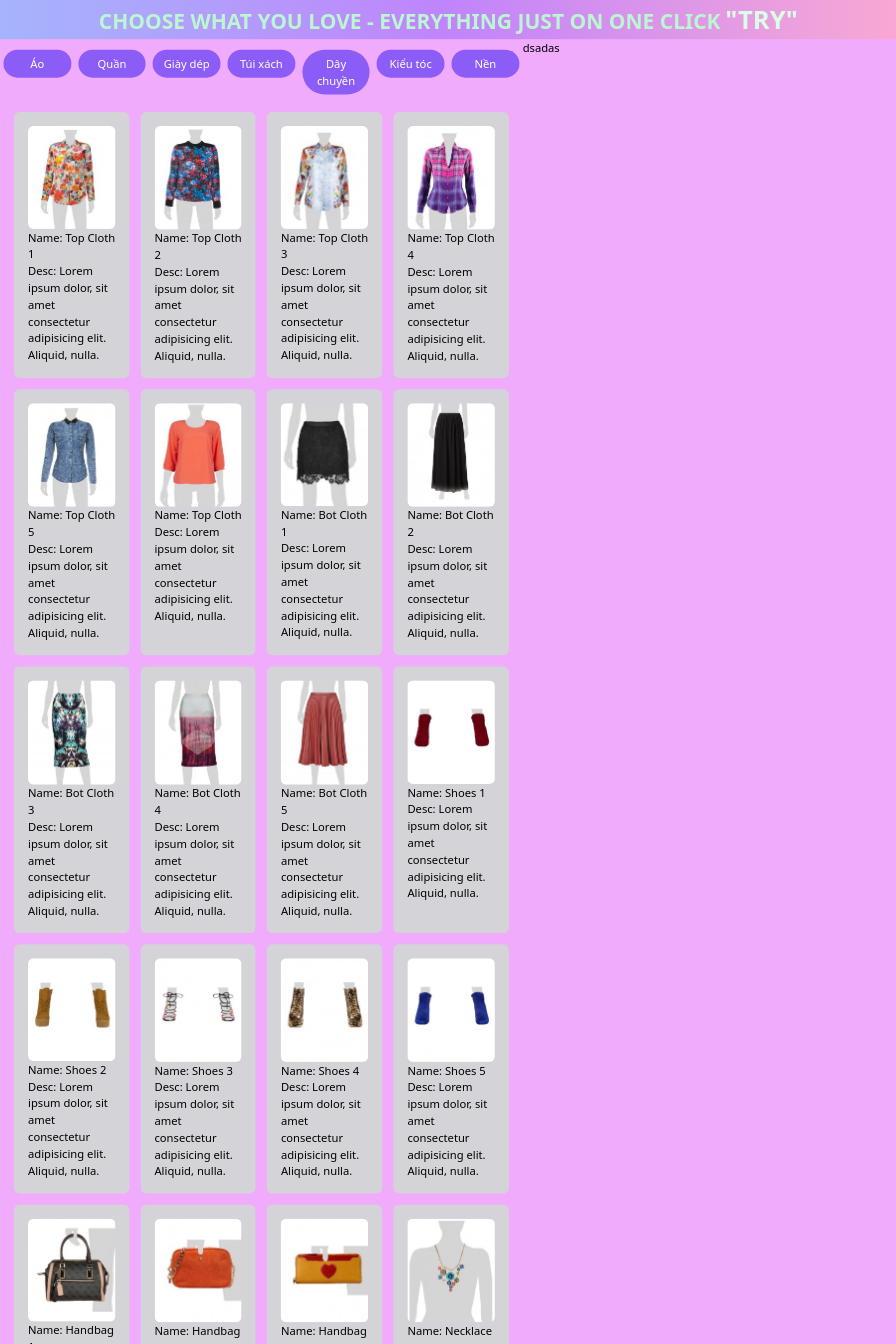
Repository: NguyenVietPhuQuy/ReactJs-TailWind-Redux-FunctionHook-ModelDesign
Page: / (app in modeldesign/)
These files come from the project's save history. The page is drawn as it stood at one moment and after the next save; the edit follows.
The browser window is 1280 px wide. The pictures show the part of the page from y = 0 to 1920 px (the page is 3404 px tall before and 3468 px after), at 70% of full size.
The project was rebuilt for these pictures with package versions that can differ from the ones it lists, and the page was loaded fresh each time. Also part of the build but not shown: modeldesign/src/App.css.

Above is the page before, as saved 2022-11-17 16:16:57.

### modeldesign/public/index.html
<!DOCTYPE html>
<html lang="en">
  <head>
    <meta charset="utf-8" />
    <link rel="icon" href="%PUBLIC_URL%/favicon.ico" />
    <meta name="viewport" content="width=device-width, initial-scale=1" />
    <meta name="theme-color" content="#000000" />
    <meta
      name="description"
      content="Web site created using create-react-app"
    />
    <!--bootstrap-->
    <link rel="stylesheet" href="https://cdnjs.cloudflare.com/ajax/libs/bootstrap/5.2.2/js/bootstrap.min.js">
    <link rel="apple-touch-icon" href="%PUBLIC_URL%/logo192.png" />
    <!--
      manifest.json provides metadata used when your web app is installed on a
      user's mobile device or desktop. See https://developers.google.com/web/fundamentals/web-app-manifest/
    -->
    <link rel="manifest" href="%PUBLIC_URL%/manifest.json" />
    <!--
      Notice the use of %PUBLIC_URL% in the tags above.
      It will be replaced with the URL of the `public` folder during the build.
      Only files inside the `public` folder can be referenced from the HTML.

      Unlike "/favicon.ico" or "favicon.ico", "%PUBLIC_URL%/favicon.ico" will
      work correctly both with client-side routing and a non-root public URL.
      Learn how to configure a non-root public URL by running `npm run build`.
    -->
    <title>React App</title>
  </head>
  <body>
    <noscript>You need to enable JavaScript to run this app.</noscript>
    <div id="root"></div>
    <!--
      This HTML file is a template.
      If you open it directly in the browser, you will see an empty page.

      You can add webfonts, meta tags, or analytics to this file.
      The build step will place the bundled scripts into the <body> tag.

      To begin the development, run `npm start` or `yarn start`.
      To create a production bundle, use `npm run build` or `yarn build`.
    -->
  </body>
</html>

### modeldesign/src/index.js
import React from 'react';
import ReactDOM from 'react-dom/client';
import './index.css';
import App from './App';
import reportWebVitals from './reportWebVitals';
import {Provider} from 'react-redux'
import store from './Components/Reducer/Store';
const root = ReactDOM.createRoot(document.getElementById('root'));
root.render(
  <React.StrictMode>
    <Provider store ={store}>
    <App/>
    </Provider>
  </React.StrictMode>
);

// If you want to start measuring performance in your app, pass a function
// to log results (for example: reportWebVitals(console.log))
// or send to an analytics endpoint. Learn more: https://bit.ly/CRA-vitals
reportWebVitals();

### modeldesign/src/App.js
import React from 'react';
import './App.css';
import Home from './Components/Home.js'
function App() {
  return (
    <div>
      <Home/>
    </div>
  );
}

export default App;

### modeldesign/src/Components/Reducer/Store.js
import {createStore} from "redux"
import rootReducer from "./RootReducer"

const store = createStore(rootReducer,window.__REDUX_DEVTOOLS_EXTENSION__ && window.__REDUX_DEVTOOLS_EXTENSION__())
export default store

### modeldesign/src/Components/Home.js
import React from "react";
import Header from './Header.js'
import Category from "./Category.js";
import ProductList from "./ProductList.js";
import Model from "./Model.js";
function Home() {
    return (
        <div className="container mx-auto relative bg-fuchsia-300">
            <section className=
            " bg-gradient-to-r from-indigo-300 via-purple-400 to-pink-300 w-full ring-2 ring-transparent">
                    <Header/>
            </section>
            <section className="main flex flex-row">
                <div className="basis-7/12">
                    <Category/>
                    <ProductList/>
                </div>
                <div className="basis-5/12">
                    <Model />
                </div>
            </section>
        </div>
    )
}
export default Home

### modeldesign/src/Components/Reducer/RootReducer.js
import { combineReducers } from "redux";
import ProductReducer from './ProductReducer'
import CategoryReducer from './CategoryReducer'

const RootReducer = combineReducers({
    products: ProductReducer,
    categories: CategoryReducer,

})

export default RootReducer

### modeldesign/src/Components/Header.js
import React from "react";
import 'animate.css'
function Header(){
    return (
        <div className="text-center text-3xl p-2 font-semibold text-green-200 ">
            CHOOSE WHAT YOU LOVE - EVERYTHING JUST ON ONE CLICK <span className="text-green-100 font-bold text-4xl animate__animated animate__pulse animate__infinite inline-block">"TRY" </span>
        </div>
    )
}
export default Header

### modeldesign/src/Components/Category.js
import React from "react";
import { useSelector } from 'react-redux'


function Category(props) {
    const returnValue = useSelector(state => state.categories.category)
    return (
        <div className=" flex flex-row w-full">
            {returnValue.map((item) => {
                return (
                    <div key={item.tabName}className="w-1/2" style={{marginTop: 10, padding:5}}>
                        <button className="p-2 w-full rounded-full text-white hover:text-pink-100
                         bg-violet-500 hover:bg-violet-600 active:bg-violet-700 focus:outline-none
                         ease-in duration-200"
                         style={{ outline:"none",border: "none"}} >
                            {item.showName}
                        </button>
                    </div>
                )
            })}
        </div>
    )
}

export default Category

### modeldesign/src/Components/ProductList.js
import React from "react";
import { useSelector } from "react-redux";
function ProductList() {
    const productList = useSelector(state => state.products.product)
    console.log(productList)
    return (
        <div className="grid grid-cols-4 gap-4 m-5 text-left">
            {productList.map(item => {
                return (
                    <div className="card bg-zinc-300 rounded-lg p-5">
                        <img alt="" src={item.imgSrc_jpg}  className="rounded-lg flex-shrink-0 w-full"></img>
                        <div>
                        <span style={{display:"block"}}>Name: {item.name}</span>
                        <span style={{display:"block"}}>Desc: {item.desc}</span>
                        </div>
                    </div>
                )
            })}
        </div>)
}
export default ProductList

### modeldesign/src/Components/Model.js
import React from "react";
function Model(){
    return(<div>
        dsadas
    </div>)
}
export default Model

### modeldesign/src/Components/Reducer/ProductReducer.js

const initialState = {
    product: [{
        id: 'topcloth_1',
        type: "topclothes",
        name: "Top Cloth 1",
        desc: "Lorem ipsum dolor, sit amet consectetur adipisicing elit. Aliquid, nulla.",
        imgSrc_jpg: 'images/clothes/topcloth1_show.jpg',
        imgSrc_png: 'images/clothes/topcloth1.png',
    },
    {
        id: 'topcloth_2',
        type: "topclothes",
        name: "Top Cloth 2",
        desc: "Lorem ipsum dolor, sit amet consectetur adipisicing elit. Aliquid, nulla.",
        imgSrc_jpg: 'images/clothes/topcloth2_show.jpg',
        imgSrc_png: 'images/clothes/topcloth2.png',
    },
    {
        id: 'topcloth_3',
        type: "topclothes",
        name: "Top Cloth 3",
        desc: "Lorem ipsum dolor, sit amet consectetur adipisicing elit. Aliquid, nulla.",
        imgSrc_jpg: 'images/clothes/topcloth3_show.jpg',
        imgSrc_png: 'images/clothes/topcloth3.png',
    },
    {
        id: 'topcloth_4',
        type: "topclothes",
        name: "Top Cloth 4",
        desc: "Lorem ipsum dolor, sit amet consectetur adipisicing elit. Aliquid, nulla.",
        imgSrc_jpg: 'images/clothes/topcloth4_show.jpg',
        imgSrc_png: 'images/clothes/topcloth4.png',
    },
    {
        id: 'topcloth_5',
        type: "topclothes",
        name: "Top Cloth 5",
        desc: "Lorem ipsum dolor, sit amet consectetur adipisicing elit. Aliquid, nulla.",
        imgSrc_jpg: 'images/clothes/topcloth5_show.jpg',
        imgSrc_png: 'images/clothes/topcloth5.png',
    },
    {
        id: 'topcloth_6',
        type: "topclothes",
        name: "Top Cloth ",
        desc: "Lorem ipsum dolor, sit amet consectetur adipisicing elit. Aliquid, nulla.",
        imgSrc_jpg: 'images/clothes/topcloth6_show.jpg',
        imgSrc_png: 'images/clothes/topcloth6.png',
    },

    // Both clothes
    {
        id: 'botcloth_1',
        type: "botclothes",
        name: "Bot Cloth 1",
        desc: "Lorem ipsum dolor, sit amet consectetur adipisicing elit. Aliquid, nulla.",
        imgSrc_jpg: 'images/clothes/botcloth1_show.jpg',
        imgSrc_png: 'images/clothes/botcloth1.png',
    },
    {
        id: 'botcloth_2',
        type: "botclothes",
        name: "Bot Cloth 2",
        desc: "Lorem ipsum dolor, sit amet consectetur adipisicing elit. Aliquid, nulla.",
        imgSrc_jpg: 'images/clothes/botcloth2_show.jpg',
        imgSrc_png: 'images/clothes/botcloth2.png',
    },
    {
        id: 'botcloth_3',
        type: "botclothes",
        name: "Bot Cloth 3",
        desc: "Lorem ipsum dolor, sit amet consectetur adipisicing elit. Aliquid, nulla.",
        imgSrc_jpg: 'images/clothes/botcloth3_show.jpg',
        imgSrc_png: 'images/clothes/botcloth3.png',
    },
    {
        id: 'botcloth_4',
        type: "botclothes",
        name: "Bot Cloth 4",
        desc: "Lorem ipsum dolor, sit amet consectetur adipisicing elit. Aliquid, nulla.",
        imgSrc_jpg: 'images/clothes/botcloth4_show.jpg',
        imgSrc_png: 'images/clothes/botcloth4.png',
    },
    {
        id: 'botcloth_5',
        type: "botclothes",
        name: "Bot Cloth 5",
        desc: "Lorem ipsum dolor, sit amet consectetur adipisicing elit. Aliquid, nulla.",
        imgSrc_jpg: 'images/clothes/botcloth5_show.jpg',
        imgSrc_png: 'images/clothes/botcloth5.png',
    },

    // Shoes
    {
        id: 'shoes_1',
        type: "shoes",
        name: "Shoes 1",
        desc: "Lorem ipsum dolor, sit amet consectetur adipisicing elit. Aliquid, nulla.",
        imgSrc_jpg: 'images/shoes/shoes1_show.jpg',
        imgSrc_png: 'images/shoes/shoes1.png',
    },
    {
        id: 'shoes_2',
        type: "shoes",
        name: "Shoes 2",
        desc: "Lorem ipsum dolor, sit amet consectetur adipisicing elit. Aliquid, nulla.",
        imgSrc_jpg: 'images/shoes/shoes2_show.jpg',
        imgSrc_png: 'images/shoes/shoes2.png',
    },
    {
        id: 'shoes_3',
        type: "shoes",
        name: "Shoes 3",
        desc: "Lorem ipsum dolor, sit amet consectetur adipisicing elit. Aliquid, nulla.",
        imgSrc_jpg: 'images/shoes/shoes3_show.jpg',
        imgSrc_png: 'images/shoes/shoes3.png',
    },
    {
        id: 'shoes_4',
        type: "shoes",
        name: "Shoes 4",
        desc: "Lorem ipsum dolor, sit amet consectetur adipisicing elit. Aliquid, nulla.",
        imgSrc_jpg: 'images/shoes/shoes4_show.jpg',
        imgSrc_png: 'images/shoes/shoes4.png',
    },
    {
        id: 'shoes_5',
        type: "shoes",
        name: "Shoes 5",
        desc: "Lorem ipsum dolor, sit amet consectetur adipisicing elit. Aliquid, nulla.",
        imgSrc_jpg: 'images/shoes/shoes5_show.jpg',
        imgSrc_png: 'images/shoes/shoes5.png',
    },

    // Handbags
    {
        id: 'handbag_1',
        type: "handbags",
        name: "Handbag 1",
        desc: "Lorem ipsum dolor, sit amet consectetur adipisicing elit. Aliquid, nulla.",
        imgSrc_jpg: 'images/handbags/handbag1_show.jpg',
        imgSrc_png: 'images/handbags/handbag1.png',
    },
    {
        id: 'handbag_2',
        type: "handbags",
        name: "Handbag 2",
        desc: "Lorem ipsum dolor, sit amet consectetur adipisicing elit. Aliquid, nulla.",
        imgSrc_jpg: 'images/handbags/handbag2_show.jpg',
        imgSrc_png: 'images/handbags/handbag2.png',
    },
    {
        id: 'handbag_3',
        type: "handbags",
        name: "Handbag 3",
        desc: "Lorem ipsum dolor, sit amet consectetur adipisicing elit. Aliquid, nulla.",
        imgSrc_jpg: 'images/handbags/handbag3_show.jpg',
        imgSrc_png: 'images/handbags/handbag3.png',
    },

    // Necklaces
    {
        id: 'necklace_1',
        type: "necklaces",
        name: "Necklace 1",
        desc: "Lorem ipsum dolor, sit amet consectetur adipisicing elit. Aliquid, nulla.",
        imgSrc_jpg: 'images/necklaces/necklace1_show.jpg',
        imgSrc_png: 'images/necklaces/necklace1.png',
    },
    {
        id: 'necklace_2',
        type: "necklaces",
        name: "Necklace 2",
        desc: "Lorem ipsum dolor, sit amet consectetur adipisicing elit. Aliquid, nulla.",
        imgSrc_jpg: 'images/necklaces/necklace2_show.jpg',
        imgSrc_png: 'images/necklaces/necklace2.png',
    },
    {
        id: 'necklace_3',
        type: "necklaces",
        name: "Necklace 3",
        desc: "Lorem ipsum dolor, sit amet consectetur adipisicing elit. Aliquid, nulla.",
        imgSrc_jpg: 'images/necklaces/necklace3_show.jpg',
        imgSrc_png: 'images/necklaces/necklace3.png',
    },

    // Hairstyle
    {
        id: 'hairstyle_1',
        type: "hairstyle",
        name: "Hairstyle 1",
        desc: "Lorem ipsum dolor, sit amet consectetur adipisicing elit. Aliquid, nulla.",
        imgSrc_jpg: 'images/hairstyle/hairstyle1_show.jpg',
        imgSrc_png: 'images/hairstyle/hairstyle1.png',
    },
    {
        id: 'hairstyle_2',
        type: "hairstyle",
        name: "Hairstyle 2",
        desc: "Lorem ipsum dolor, sit amet consectetur adipisicing elit. Aliquid, nulla.",
        imgSrc_jpg: 'images/hairstyle/hairstyle2_show.jpg',
        imgSrc_png: 'images/hairstyle/hairstyle2.png',
    },
    {
        id: 'hairstyle_3',
        type: "hairstyle",
        name: "Hairstyle 3",
        desc: "Lorem ipsum dolor, sit amet consectetur adipisicing elit. Aliquid, nulla.",
        imgSrc_jpg: 'images/hairstyle/hairstyle3_show.jpg',
        imgSrc_png: 'images/hairstyle/hairstyle3.png',
    },

    // Background
    {
        id: 'background_1',
        type: "background",
        name: "Background 1",
        desc: "Lorem ipsum dolor, sit amet consectetur adipisicing elit. Aliquid, nulla.",
        imgSrc_jpg: 'images/background/background1_show.jpg',
        imgSrc_png: 'images/background/background1.jpg',
    },
    {
        id: 'background_2',
        type: "background",
        name: "Background 2",
        desc: "Lorem ipsum dolor, sit amet consectetur adipisicing elit. Aliquid, nulla.",
        imgSrc_jpg: 'images/background/background2_show.jpg',
        imgSrc_png: 'images/background/background2.jpg',
    },
    {
        id: 'background_3',
        type: "background",
        name: "Background 3",
        desc: "Lorem ipsum dolor, sit amet consectetur adipisicing elit. Aliquid, nulla.",
        imgSrc_jpg: 'images/background/background3_show.jpg',
        imgSrc_png: 'images/background/background3.jpg',
    },
    {
        id: 'background_4',
        type: "background",
        name: "Background 4",
        desc: "Lorem ipsum dolor, sit amet consectetur adipisicing elit. Aliquid, nulla.",
        imgSrc_jpg: 'images/background/background4_show.jpg',
        imgSrc_png: 'images/background/background4.jpg',
    },
    {
        id: 'background_5',
        type: "background",
        name: "Background 5",
        desc: "Lorem ipsum dolor, sit amet consectetur adipisicing elit. Aliquid, nulla.",
        imgSrc_jpg: 'images/background/background5_show.jpg',
        imgSrc_png: 'images/background/background5.jpg',
    },
    {
        id: 'background_6',
        type: "background",
        name: "Background 6",
        desc: "Lorem ipsum dolor, sit amet consectetur adipisicing elit. Aliquid, nulla.",
        imgSrc_jpg: 'images/background/background6_show.jpg',
        imgSrc_png: 'images/background/background6.jpg',
    },
    {
        id: 'background_7',
        type: "background",
        name: "Background 7",
        desc: "Lorem ipsum dolor, sit amet consectetur adipisicing elit. Aliquid, nulla.",
        imgSrc_jpg: 'images/background/background7_show.jpg',
        imgSrc_png: 'images/background/background7.jpg',
    },
    ],
}
const ProductReducer = (state = initialState) => {
    return state
}

export default ProductReducer

### modeldesign/src/Components/Reducer/CategoryReducer.js
const initialState ={
    category: [
        { tabName: 'tabTopClothes', showName: 'Áo', type: 'topclothes' },
        { tabName: 'tabBotClothes', showName: 'Quần', type: 'botclothes' },
        { tabName: 'tabShoes', showName: 'Giày dép', type: 'shoes' },
        { tabName: 'tabHandBags', showName: 'Túi xách', type: 'handbags' },
        { tabName: 'tabNecklaces', showName: 'Dây chuyền', type: 'necklaces' },
        { tabName: 'tabHairStyle', showName: 'Kiểu tóc', type: 'hairstyle' },
        { tabName: 'tabBackground', showName: 'Nền', type: 'background' }
    ]
}
const CategoryReducer = (state=initialState) =>{
    return state
}
export default CategoryReducer

Loaded but not shown: modeldesign/src/index.css (common file); modeldesign/src/reportWebVitals.js (common file); modeldesign/tailwind.config.js (common file)

After the next save:
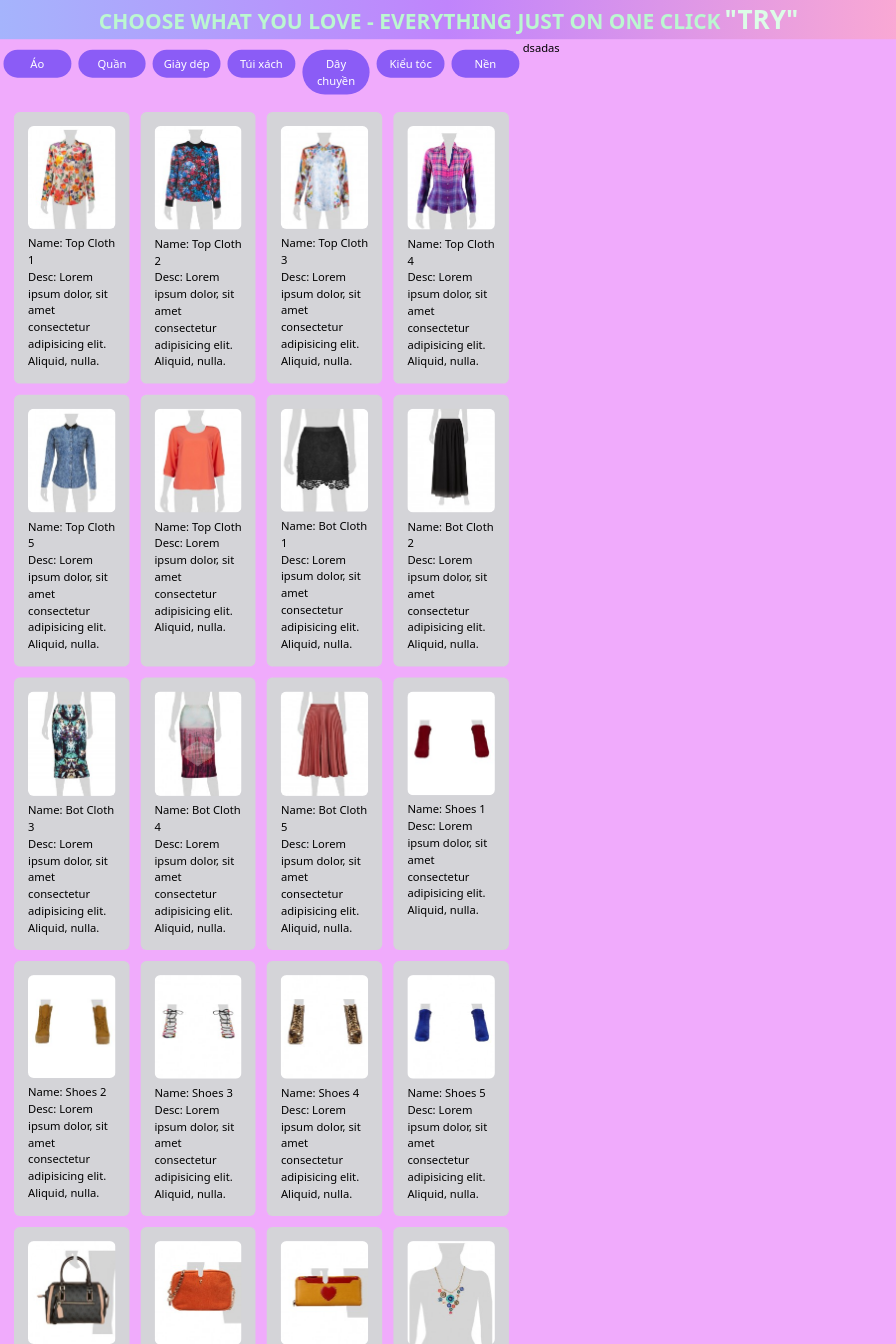
Saved 15 s later.
--- a/modeldesign/src/Components/ProductList.js
+++ b/modeldesign/src/Components/ProductList.js
@@ -9,7 +9,7 @@ function ProductList() {
                 return (
                     <div className="card bg-zinc-300 rounded-lg p-5">
                         <img alt="" src={item.imgSrc_jpg}  className="rounded-lg flex-shrink-0 w-full"></img>
-                        <div>
+                        <div className="mt-2">
                         <span style={{display:"block"}}>Name: {item.name}</span>
                         <span style={{display:"block"}}>Desc: {item.desc}</span>
                         </div>
